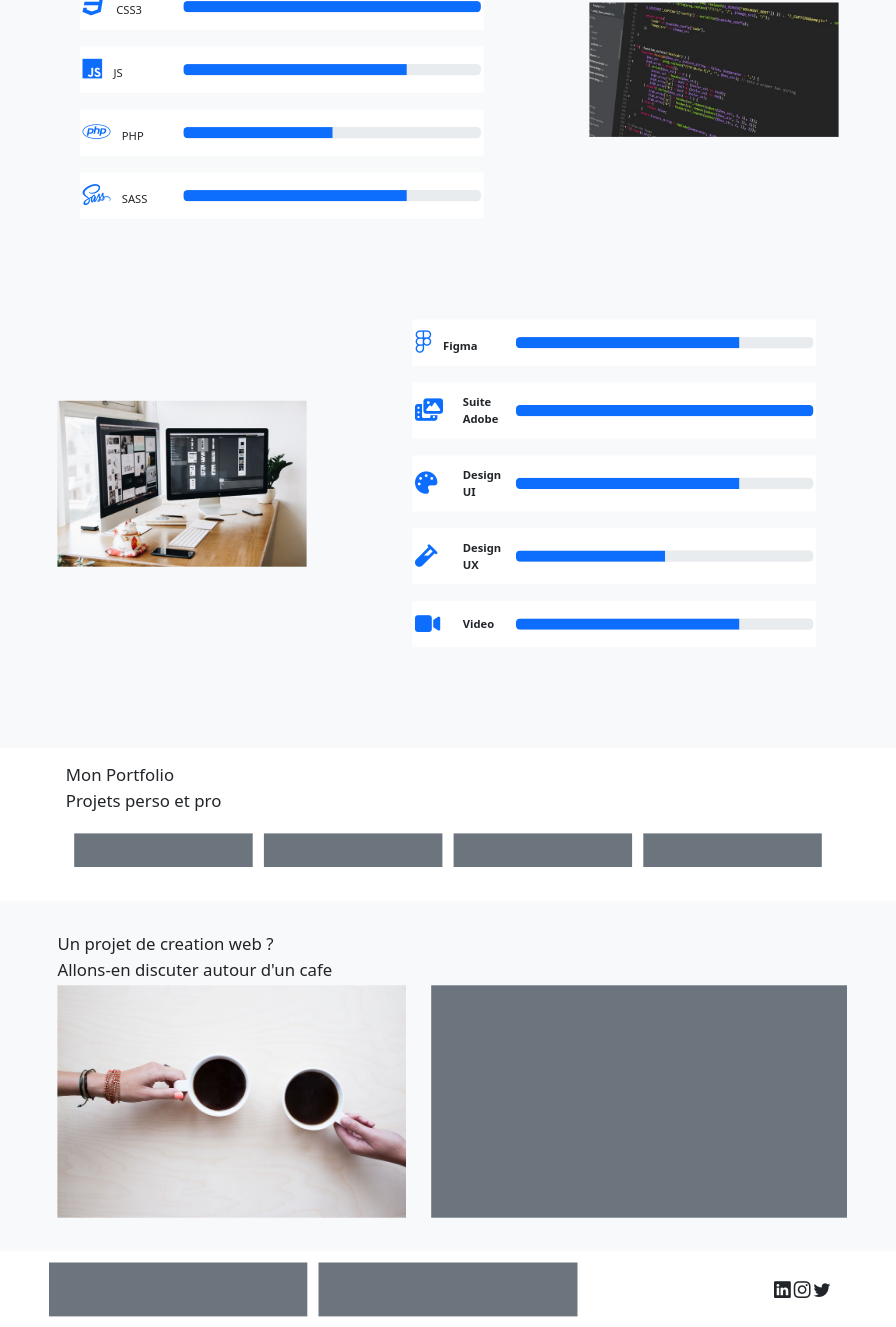
Repository: wadelfadill/Bootstrap_tache_1_portfolio
Page: index.html
The author's editor kept a copy of each file at every save. The page is drawn from the files as they stood at one save, then again after the next save.
The browser window is 1280 px wide. The pictures show the part of the page from y = 1062 to 2982 px (the page is 2958 px tall before and 2982 px after), at 70% of full size.
Some web libraries are served in a nearby version.

Above is the page before, as saved 2023-03-28 22:27:31.

### index.html
<!DOCTYPE html>
<html lang="en">
<head>
    <meta charset="UTF-8">
    <meta http-equiv="X-UA-Compatible" content="IE=edge">
    <meta name="viewport" content="width=device-width, initial-scale=1.0">
    <title>Portfolio_Bootstrap</title>
    <link href="https://cdn.jsdelivr.net/npm/bootstrap@5.3.0-alpha2/dist/css/bootstrap.min.css" rel="stylesheet" integrity="sha384-aFq/bzH65dt+w6FI2ooMVUpc+21e0SRygnTpmBvdBgSdnuTN7QbdgL+OapgHtvPp" crossorigin="anonymous">
    <link rel="stylesheet" href="https://cdn.jsdelivr.net/npm/bootstrap-icons@1.5.0/font/bootstrap-icons.css">
    <link rel="stylesheet" href="https://cdnjs.cloudflare.com/ajax/libs/font-awesome/5.15.4/css/all.min.css" integrity="sha512-1ycn6IcaQQ40/MKBW2W4Rhis/DbILU74C1vSrLJxCq57o941Ym01SwNsOMqvEBFlcgUa6xLiPY/NS5R+E6ztJQ==" crossorigin="anonymous" referrerpolicy="no-referrer" />
    <link rel="stylesheet" href="style.css">
    <!-- Font Awesome -->
    <script src="https://kit.fontawesome.com/14273d579a.js" crossorigin="anonymous"></script>
</head>
<body>
    <header>
        <nav class="navbar navbar-expand-md bg-light navbar-light container-fluid fixed-top">
            <div class="container">
                <a href="/index.html" class="nav-brand text-uppercase fw-bolder link-dark link-underline-opacity-0">
                    <span class="bg-primary bg-gradient p-1 rounded-3 text-light">JOHN</span>DOE
                </a>
                <button class="navbar-toggler" type="button" data-bs-toggle="collapse" data-bs-target="#navbarNav" aria-controls="navbarNav" aria-expanded="false" aria-label="Toggle navigation">
                    <span class="navbar-toggler-icon"></span>
                </button>
                <div class="collapse navbar-collapse justify-content-end" id="navbarNav">
                    <ul class="navbar-nav">
                        <li class="nav-item">
                            <a class="nav-link" href="#johndoe">Qui suis-je ?</a>
                        </li>
                        <li class="nav-item">
                            <a class="nav-link" href="#expertise">Expertises</a>
                        </li>
                        <li class="nav-item">
                            <a class="nav-link" href="#portfolio">Portfolio</a>
                        </li>
                        <li class="nav-item">
                            <a class="nav-link" href="#contact">Contact</a>
                        </li>
                    </ul>
                </div>
            </div>
        </nav>
    </header>
    <main>
        <section class="my-5">
            <div class="container">
                <div class="row gy-4 gy-md-0 align-items-center">
                    <div class="col-12 col-md-6 py-5 py-md-0">
                        <p class="h2 fw-bold">Je suis John Doe Developpeur et Designer Web</p>
                        <p class="h2 fw-light">Bienvenue dans mon univers creatif</p>
                        <a class="btn btn-primary mt-5" href="#expertise" role="button">Mon expertise Web</a>

                    </div>
                    <div class="col-12 col-md-6">
                        <img src="img/portrait.jpg" alt="profile de Jhon Doe" class="w-100">
                    </div>
                </div>
            </div>
        </section>
        <section>
            <div class="container-fluid bg-light py-5 mt-5">
                <div class="container">
                 <p class="h4 .fs-3 .fs-md-2" id="expertise">Mon expertise</p>
                 <p class="h4 .fs-3 .fs-md-2">Developement Web et design</p>
                <div class="row gy-4 gy-md-0 align-items-center">
                    <div class="col-12 col-md-7 bg-light p-5 justify-content-between gap-3">
                        <div class="row bg-body py-3 align-items-center gx-2">
                            <div class="col-3">
                                <i class="fab fa-html5 fa-2x me-3 text-primary" aria-hidden="true"></i><span class="pb-5">HTML5</span>
                            </div>
                            <div class="col-9">
                                <div class="progress">
                                    <div class="progress-bar" role="progressbar" style="width: 75%" aria-valuenow="75" aria-valuemin="0" aria-valuemax="100"></div>
                                </div>
                            </div>
                        </div>
                        <div class="row bg-body py-3 align-items-center gx-2 mt-4">
                            <div class="col-3">
                                <i class="fab fa-css3 fa-2x me-3 text-primary" aria-hidden="true"></i><span class="pb-5">CSS3</span>
                            </div>
                            <div class="col-9">
                                <div class="progress">
                                    <div class="progress-bar" role="progressbar" style="width: 100%" aria-valuenow="100" aria-valuemin="0" aria-valuemax="100"></div>
                                </div>
                            </div>
                        </div>
                        <div class="row bg-body py-3 align-items-center gx-2 mt-4">
                            <div class="col-3">
                                <i class="fab fa-js fa-2x me-3 text-primary" aria-hidden="true"></i><span class="pb-5">JS</span>
                            </div>
                            <div class="col-9">
                                <div class="progress">
                                    <div class="progress-bar" role="progressbar" style="width: 75%" aria-valuenow="75" aria-valuemin="0" aria-valuemax="100"></div>
                                </div>
                            </div>
                        </div>
                        <div class="row bg-body py-3 align-items-center gx-2 my-4">
                            <div class="col-3">
                                <i class="fab fa-php fa-2x me-3 text-primary" aria-hidden="true"></i><span class="pb-5">PHP</span>
                            </div>
                            <div class="col-9">
                                <div class="progress">
                                    <div class="progress-bar" role="progressbar" style="width: 50%" aria-valuenow="50" aria-valuemin="0" aria-valuemax="100"></div>
                                </div>
                            </div>
                        </div>
                        <div class="row bg-body py-3 align-items-center gx-2">
                            <div class="col-3">
                                <i class="fab fa-sass fa-2x me-3 text-primary" aria-hidden="true"></i><span class="pb-5">SASS</span>
                            </div>
                            <div class="col-9">
                                <div class="progress">
                                    <div class="progress-bar" role="progressbar" style="width: 75%" aria-valuenow="75" aria-valuemin="0" aria-valuemax="100"></div>
                                </div>
                            </div>
                        </div>
                    </div>
                    <div class="col-12 col-md-4 offset-md-1">
                        <img src="img/code.jpg" alt="" class="w-100">
                    </div>
                </div>
                <div class="row my-5 gy-4 gy-md-0 align-items-center">
                    <div class="col-12 col-md-4">
                        <img src="img/design.jpg" alt="" class="w-100">
                    </div>
                    <div class="col-12 col-md-7 bg-light offset-md-1 p-5">

                        <div class="row bg-body py-3 align-items-center gx-2">
                            <div class="col-3">
                                <i class="fab fa-figma fa-2x me-3 text-primary" aria-hidden="true"></i><span class="pb-5 fw-bold">Figma</span>
                            </div>
                            <div class="col-9">
                                <div class="progress">
                                    <div class="progress-bar" role="progressbar" style="width: 75%" aria-valuenow="75" aria-valuemin="0" aria-valuemax="100"></div>
                                </div>
                            </div>
                        </div>
                        <div class="row bg-body py-3 align-items-center gx-2 mt-4">
                            <div class="col-3 d-flex align-items-center">
                                <div class="col-6"><i class="fas fa-photo-video fa-2x me-3 text-primary" aria-hidden="true"></i></div>
                                <div class="col-6"><span class="pb-5 fw-bold text-wrap">Suite Adobe</span></div>
                            </div>
                            <div class="col-9">
                                <div class="progress">
                                    <div class="progress-bar" role="progressbar" style="width: 100%" aria-valuenow="100" aria-valuemin="0" aria-valuemax="100"></div>
                                </div>
                            </div>
                        </div>
                        <div class="row bg-body py-3 align-items-center gx-2 mt-4">
                            <div class="col-3 d-flex align-items-center">
                                <div class="col-6"><i class="fas fa-palette fa-2x me-3 text-primary" aria-hidden="true"></i></div>
                                <div class="col-6"></i><span class="pb-5 fw-bold">Design UI</span></div>

                            </div>
                            <div class="col-9">
                                <div class="progress">
                                    <div class="progress-bar" role="progressbar" style="width: 75%" aria-valuenow="75" aria-valuemin="0" aria-valuemax="100"></div>
                                </div>
                            </div>
                        </div>
                        <div class="row bg-body py-3 align-items-center gx-2 my-4">
                            <div class="col-3 d-flex align-items-center">
                                <div class="col-6"><i class="fas fa-vial fa-2x me-3 text-primary" aria-hidden="true"></i></div>
                                <div class="col-6"><span class="pb-5 fw-bold">Design UX</span></div>
                            </div>
                            <div class="col-9">
                                <div class="progress">
                                    <div class="progress-bar" role="progressbar" style="width: 50%" aria-valuenow="50" aria-valuemin="0" aria-valuemax="100"></div>
                                </div>
                            </div>
                        </div>
                        <div class="row bg-body py-3 align-items-center gx-2">
                            <div class="col-3 d-flex align-items-center">
                                <div class="col-6"><i class="fas fa-video fa-2x me-3 text-primary" aria-hidden="true"></i></div>
                                <div class="col-6"></i><span class="pb-5 fw-bold">Video</span></div>
                            </div>
                            <div class="col-9">
                                <div class="progress">
                                    <div class="progress-bar" role="progressbar" style="width: 75%" aria-valuenow="75" aria-valuemin="0" aria-valuemax="100"></div>
                                </div>
                            </div>
                        </div>
                    </div>
                </div>
             </div>
            </div>

        </section>
        <section class="container">
            <div class="container my-4">
                <p class="h4 .fs-3 .fs-md-2" id="portfolio">Mon Portfolio</p>
                <p class="h4 .fs-3 .fs-md-2">Projets perso et pro</p>
                <div class="row gap-3 p-4">
                    <div class="col-12 col-md bg-secondary py-4"></div>
                    <div class="col-12 col-md bg-secondary py-4"></div>
                    <div class="col-12 col-md bg-secondary py-4"></div>
                    <div class="col-12 col-md bg-secondary py-4"></div>
                </div>
            </div>
        </section>
        <section class="p-5 bg-light">
            <div class="container">
                <p class="h4 .fs-3 .fs-md-2" id="contact">Un projet de creation web ?</p>
                <p class="h4 .fs-3 .fs-md-2">Allons-en discuter autour d'un cafe</p>
                <div class="row gap-4 gy-4 gy-md-0">
                    <div class="col-12 col-md">
                        <img src="img/grab-a-coffee.jpg" class="w-100" alt="">
                    </div>
                    <div class="col-12 col-md bg-secondary p-5"></div>
                </div>
            </div>
        </section>
    </main>
    <footer>
        <div class="container">
            <div class="row gap-3 py-3">
                <div class="col-12 col-md p-4 bg-secondary"></div>
                <div class="col-12 col-md p-4 bg-secondary"></div>
                <div class="col-12 col-md p-4 text-md-end">
                    <a href="#" target="_blank" class="link-dark link-underline-opacity-0">
                        <i class="bi bi-linkedin h4"></i>
                    </a>
                    <a href="#" target="_blank" class="link-dark link-underline-opacity-0">
                        <i class="bi bi-instagram h4"></i>
                    </a>
                    <a href="#" target="_blank" class="link-dark link-underline-opacity-0">
                        <i class="bi bi-twitter h4"></i>
                    </a>
                </div>
            </div>
        </div>
    </footer>
    <script src="https://cdn.jsdelivr.net/npm/bootstrap@5.3.0-alpha2/dist/js/bootstrap.bundle.min.js" integrity="sha384-qKXV1j0HvMUeCBQ+QVp7JcfGl760yU08IQ+GpUo5hlbpg51QRiuqHAJz8+BrxE/N" crossorigin="anonymous"></script>

</body>
</html>

Loaded but not shown: style.css (no stored copy; drawn as an empty file)

After the next save:
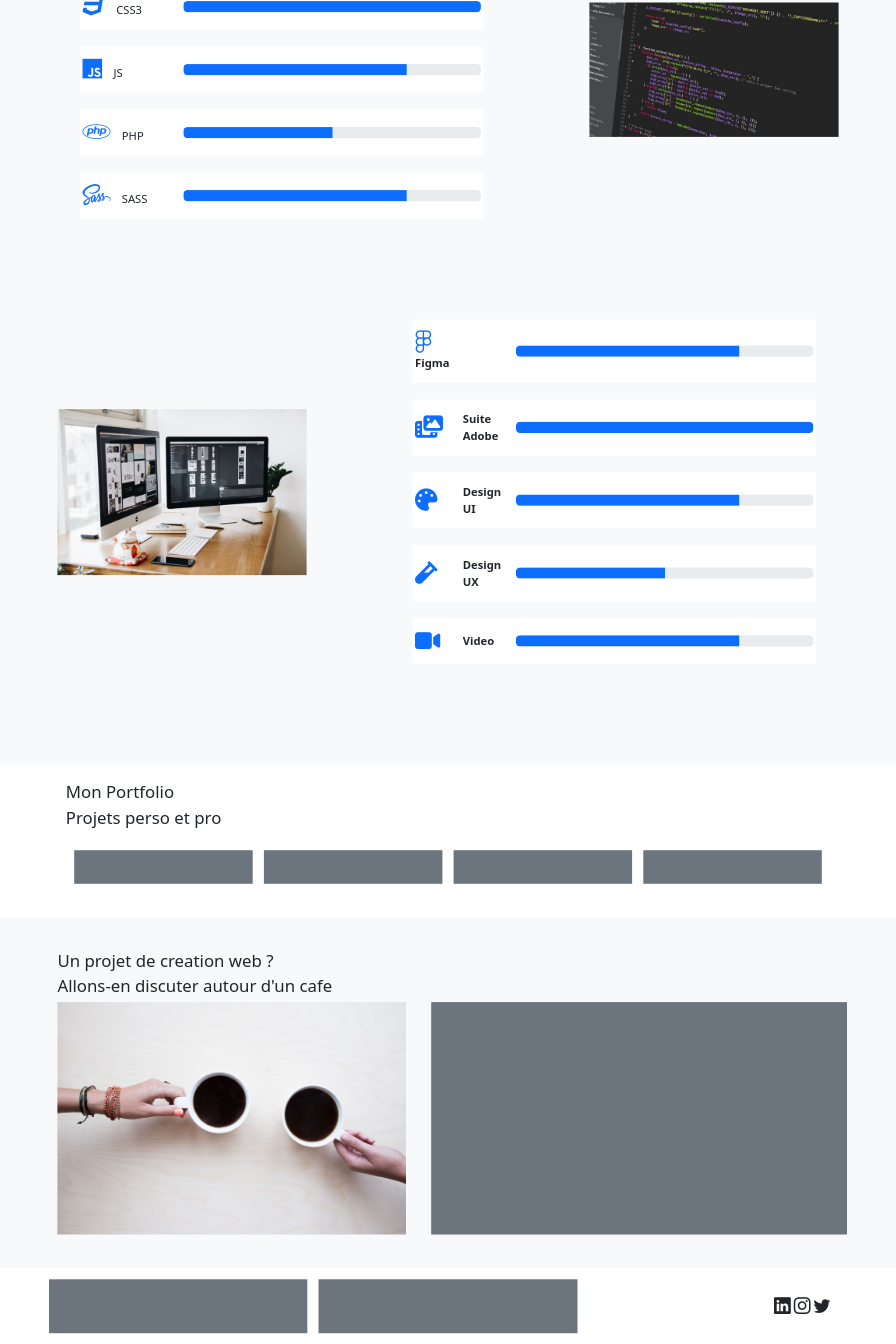
Saved 38 s later.
--- a/index.html
+++ b/index.html
@@ -127,7 +127,8 @@
 
                         <div class="row bg-body py-3 align-items-center gx-2">
                             <div class="col-3">
-                                <i class="fab fa-figma fa-2x me-3 text-primary" aria-hidden="true"></i><span class="pb-5 fw-bold">Figma</span>
+                                <div class="col-6"><i class="fab fa-figma fa-2x me-3 text-primary" aria-hidden="true"></i></div>
+                                <div class="col-6"><span class="pb-5 fw-bold">Figma</span></div>
                             </div>
                             <div class="col-9">
                                 <div class="progress">
